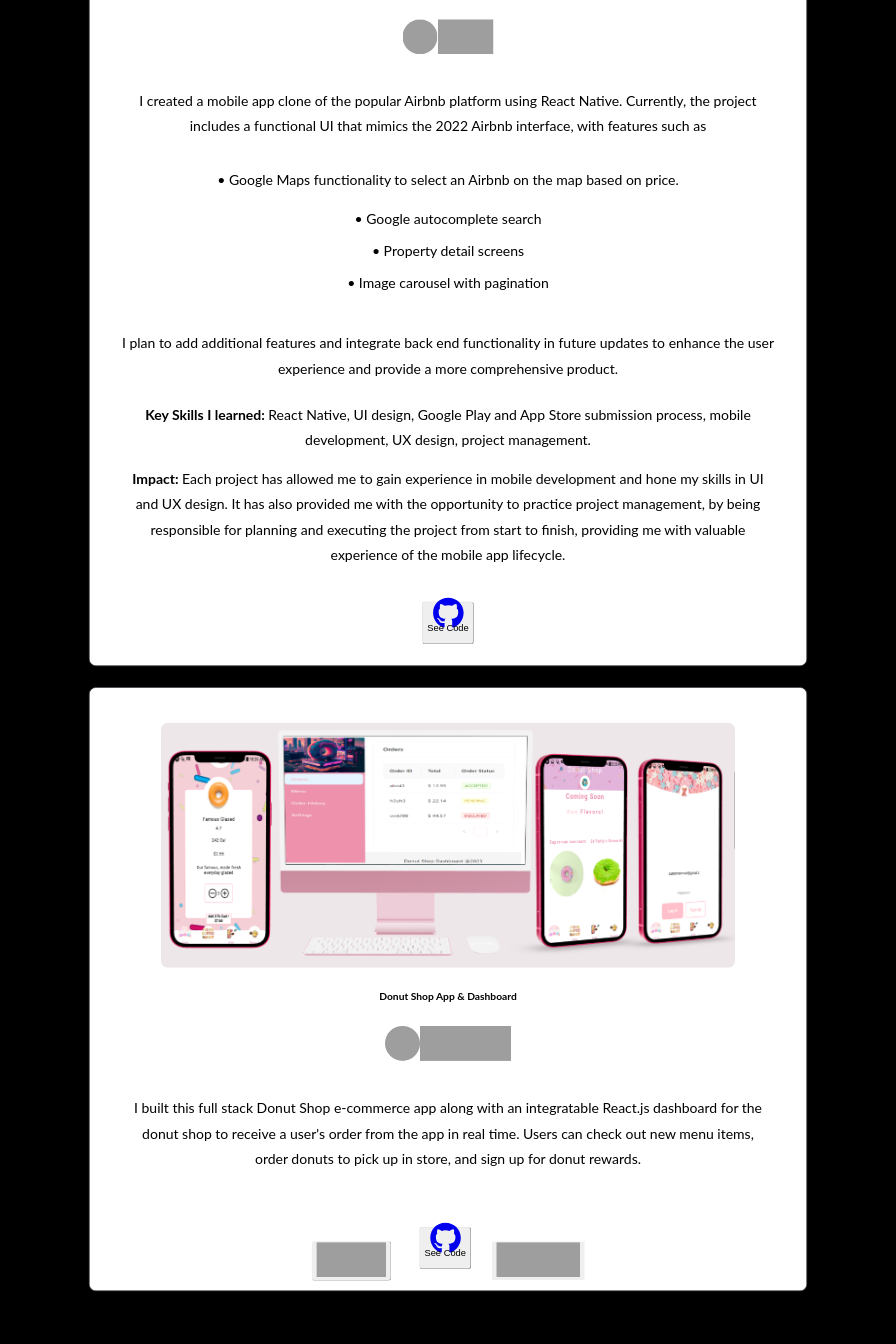
Repository: JamesPesenti/portfolio
Page: /
An editor plug-in stored every save of this project. The page is shown before and after the next save, followed by the edit.
The browser window is 1280 px wide. The pictures show the part of the page from y = 1951 to 3871 px (the page is 6929 px tall), at 70% of full size.
Pictures or frames that could not be fetched are drawn as grey boxes. The project was rebuilt for these pictures with package versions that can differ from the ones it lists, and the page was loaded fresh each time. Imported but missing from the stored project, and not drawn on this page: src/Components/James Pesenti Resume 2023.pdf.

Above is the page before, as saved 2023-05-17 15:17:03.

### public/index.html
<!DOCTYPE html>
<html lang="en">
  <head>
    <meta charset="utf-8" />
    <link rel="" href="" />
    <meta name="viewport" content="width=device-width, initial-scale=1" />
    <meta name="theme-color" content="#000000" />
    <meta name="description" content="James Pesenti Portfolio 2022" />
    <link rel="apple-touch-icon" href="" />
    <link rel="manifest" href="%PUBLIC_URL%/manifest.json" />

    <title>Portfolio 2023</title>

  </head>
  <body>
    <div id="root"></div>
  </body>
</html>

### src/Components/Navbar.jsx
import React, {Component} from 'react'
import { FaGithub } from "react-icons/fa";
import { FaEnvelope } from "react-icons/fa";
import { FaFile } from "react-icons/fa";
import Pdf from "../Components/James Pesenti Resume 2023.pdf"


const Navbar = () => {
  return (
    <>
          <div className="navbar flex">
            <div className="container">
                <nav>
                  <ul style={{textAlign: "center", marginTop: 70, position: 'relative', left: 0, top: -2}}>
                    <li>
                      <a className="App-link"  href="mailto:jamespesenti91@gmail.com" target="_blank" rel="noopener noreferrer">
                      <FaEnvelope size={35} style={{display: "flex", textAlign: "center", marginLeft: 10}}/>
                          Contact
                      </a>
                    </li>
                    <li>
                      <a className="App-link" href="https://github.com/JamesPesenti" target="_blank" rel="noopener noreferrer">
                        <FaGithub size={35} style={{display: "flex", textAlign: "center", marginLeft: 10}} />
                        GitHub
                      </a>
                    </li>
                    <li>
                      <a className="App-link" href={Pdf} target="_blank" rel="noopener noreferrer">
                        <FaFile size={35} style={{display: "flex", textAlign: "center", marginLeft: 10}} />
                        Resume
                      </a>
                    </li>
                  </ul>
                </nav>
                {/* <h4 style={{color: "white", textAlign: 'center', marginBottom:-440}}>
                  See my work below and send a message to get in touch
                </h4> */}
            </div>
          </div>
    </>
  )
}

export default Navbar

### src/Components/AboutMe.jsx
import React from 'react'
import { FontAwesomeIcon } from '@fortawesome/react-fontawesome'
import { FaGithub } from "react-icons/fa";
import { FaMapPin } from "react-icons/fa";

const AboutMe = () => {
  return (
    <>

        <div style={{justifyContent: "center", textAlign: "center", color: "white", padding: 50,}}>
            {/* Spinning image  */}
            {/* <img style={{padding: 10, borderRadius: "50%", width: 200, height: 200,}} src="/images/IMG_1619.jpg" className="App-logo" alt="logo" /> */}
            <img style={{padding: 10, borderRadius: "50%", width: 200, height: 200,}} src="/images/IMG_1619.jpg" alt="logo" />
            <h1>I'm James Pesenti</h1>
            <h2>a Software Developer building mobile apps and websites</h2>
              <FaMapPin size={20} style={{position: "relative", top: 5, right: 65, }} />
              <h3 style={{marginTop: -24}}> Chicago, IL</h3>
        </div>

</>
  )
}

export default AboutMe

### src/Components/Scroll.jsx
import React from 'react'
import '../CSS/App.css';


const Scroll = () => {

  return (
    <>

        <div style={{marginBottom: 400, justifyContnent: 'center'}} id="section09" class="demo">
          <a href="#parallaxContainer">
            <span></span>
            Scroll down to see my work
          </a>
        </div>

    </>
  )
}

export default Scroll

### src/Components/MyProjects.jsx
import UberGoogleButton from "../Components/UberGoogleButton"
import AstonGoogleButton from "./AstonGoogleButton"
import AstonAppleButton from "./AstonAppleButton"
import BarceGoogleButton from "../Components/BarceGoogleButton"
import BarceAppleButton from "./BarceAppleButton"
import { FaGithub } from "react-icons/fa";

const MyProjects = () => {
  return (

  <>
    <div id="parallaxContainer">

    {/* Airbnb Clone */}
    <div style={{ justifyContent: 'center', alignItems: 'center',  width: "80%", borderRadius: 10}} className="box">
            <div>
                <img style={{ borderRadius: 10, marginTop: 50, marginBottom: -35, width: "48%", height: 350, transition: ".7s", }} src="images/mockrocket-capture (11).png" />
            </div>
            <h4 style={{textAlign: 'center'}}>Airbnb Clone App</h4>
                <div style={{flexDirection: "row", padding: 10, borderRadius: 10, marginBottom: -40,}}>
                  <img style={{width: 50, height: 50, borderRadius: 50}} src="https://i.pinimg.com/originals/8a/02/1a/8a021aa097236b42dd71fb731e3d894d.gif"/>
                  <img style={{width: 80, height: 50, }} src="https://www.datocms-assets.com/45470/1631026680-logo-react-native.png"  />
                  {/* <img style={{width: 50, height: 50, }} src="https://pbs.twimg.com/profile_images/1114309924551417856/FKA4cm2x_400x400.png"  /> */}
                </div>
            <p style={{fontSize: 20, textAlign: 'center', padding: 50, marginBottom: -30}}>I created a mobile app clone of the popular Airbnb platform using React Native. Currently, the project includes a functional UI that mimics the 2022 Airbnb interface, with features such as</p>
            <p style={{fontSize: 20, paddingHorizontal: 0}}> &#8226; Google Maps functionality to select an Airbnb on the map based on price.</p>
            <p style={{fontSize: 20, padding: 0, marginBottom: -10}}>&#8226; Google autocomplete search</p>
            <p style={{fontSize: 20, padding: 0, marginBottom: -10}}>&#8226; Property detail screens</p>
            <p style={{fontSize: 20,  padding: 0, marginBottom: -10}}>&#8226; Image carousel with pagination</p>
            <p style={{fontSize: 20, textAlign: 'center', padding: 40, marginBottom: -60}}>I plan to add additional features and integrate back end functionality in future updates to enhance the user experience and provide a more comprehensive product.</p>
            <p style={{fontSize: 20, textAlign: 'center', padding: 30, marginBottom: -80}}><b> Key Skills I learned: </b>React Native, UI design, Google Play and App Store submission process, mobile development, UX design, project management.</p>
            <p style={{fontSize: 20, textAlign: 'center', padding: 50}}><b> Impact: </b> Each project has allowed me to gain experience in mobile development and hone my skills in UI and UX design. It has also provided me with the opportunity to practice project management, by being responsible for planning and executing the project from start to finish, providing me with valuable experience of the mobile app lifecycle.</p>

            <div style={{flexDirection: "row"}}>
                {/* <UberGoogleButton  /> */}
                <button style={{marginTop: 10}} type="button" className="codeButton">
                  <a href="https://github.com/JamesPesenti/Airbnb" target="_blank" rel="noopener noreferrer">
                    <FaGithub  size={45} style={{ marginTop: -80, marginBottom: -25, justifyContent: "center", textAlign: "center"}} />
                  </a>
                  <p>See Code</p>
                </button>
                {/* <AstonAppleButton  /> */}
            </div>

        </div>


     {/* Donut Shop App */}
     <div style={{marginTop: 30, marginBottom: 20, justifyContent: 'center', alignItems: 'center',  width: "80%", borderRadius: 10}} className="box">
            <div>
                <img style={{ borderRadius: 10, marginTop: 50, width: "80%", height: 350, transition: ".7s", }} src="/images/appAndDashMock.png" />
            </div>
            <h4 style={{textAlign: 'center'}}>Donut Shop App & Dashboard</h4>
                <div style={{flexDirection: "row", padding: 10, borderRadius: 10, marginBottom: -40,}}>
                  <img style={{width: 50, height: 50, borderRadius: 50}} src="https://i.pinimg.com/originals/8a/02/1a/8a021aa097236b42dd71fb731e3d894d.gif"/>
                  <img style={{width: 80, height: 50, }} src="https://www.datocms-assets.com/45470/1631026680-logo-react-native.png"  />
                  <img style={{width: 50, height: 50, }} src="https://pbs.twimg.com/profile_images/1114309924551417856/FKA4cm2x_400x400.png"  />
                </div>
            <p style={{fontSize: 20,textAlign: 'center', padding: 50}}>I built this full stack Donut Shop e-commerce app along with an integratable React.js dashboard for the donut shop to receive a user's order from the app in real time. Users can check out new menu items, order donuts to pick up in store, and sign up for donut rewards.</p>

            <div style={{flexDirection: "row"}}>
                <UberGoogleButton  />
                <button style={{marginTop: 40}} type="button" className="codeButton">
                  <a href="https://github.com/JamesPesenti/Donut_Shop" target="_blank" rel="noopener noreferrer">
                    <FaGithub  size={45} style={{ marginTop: -80, marginBottom: -25, justifyContent: "center", textAlign: "center"}} />
                  </a>
                  <p>See Code</p>
                </button>
                <AstonAppleButton  />
            </div>

        </div>


    {/* Uber Eats App */}
    <div style={{marginTop: 80, marginBottom: 60, justifyContent: 'center', alignItems: 'center',  width: "80%", borderRadius: 10}} className="box">
            <div className="imgWrapper" style={{width: 480, height: 350}}>
                <img style={{ borderRadius: 5, marginTop: 50, width: "100%", height: 300, transition: ".7s", }} src="/images/UberEatsLast.png" />
            </div>
            <h4 style={{textAlign: 'center'}}>Uber Eats Clone App</h4>
                <div style={{flexDirection: "row", padding: 10, borderRadius: 10, marginBottom: -40,}}>
                  <img style={{width: 50, height: 50, borderRadius: 50}} src="https://i.pinimg.com/originals/8a/02/1a/8a021aa097236b42dd71fb731e3d894d.gif"/>
                  <img style={{width: 80, height: 50, }} src="https://www.datocms-assets.com/45470/1631026680-logo-react-native.png"  />
                  <img style={{width: 50, height: 50, }} src="https://pbs.twimg.com/profile_images/1114309924551417856/FKA4cm2x_400x400.png" />
                </div>
            <p style={{fontSize: 20,textAlign: 'center', padding: 50}}>A full stack React Native app inspired by the UberEats user app. I utilized AWS Amplify's datastore to configure the back end to query and save customer's orders and used Amazon Cognito for user registration, authentication, & account recovery.</p>

            <div style={{flexDirection: "row"}}>
                <UberGoogleButton  />
                <button style={{marginTop: 40}} type="button" className="codeButton">
                  <a href="https://github.com/JamesPesenti/UberEatsClone" target="_blank" rel="noopener noreferrer">
                    <FaGithub  size={45} style={{ marginTop: -80, marginBottom: -20, justifyContent: "center", textAlign: "center"}} />
                  </a>
                  <p>See Code</p>
                </button>
                <AstonAppleButton  />
            </div>

        </div>


     {/* Aston Waikiki App */}
       <div style={{marginTop: 80, marginBottom: 120, justifyContent: 'center', alignItems: 'center',  width: "80%", borderRadius: 10}} className="box">
            <div className="imgWrapper" style={{width: 450, height: 350}}>
                <img style={{ marginTop: 50, width: "100%", height: "auto", transition: ".7s", }} src="/images/astonmock.png" />
            </div>
            <h4 style={{textAlign: 'center'}}>Aston Waikiki Hotel UI</h4>
                <div style={{flexDirection: "row", padding: 10, borderRadius: 10, marginBottom: -40,}}>
                  <img style={{width: 50, height: 50, borderRadius: 50}} src="https://i.pinimg.com/originals/8a/02/1a/8a021aa097236b42dd71fb731e3d894d.gif"/>
                  <img style={{width: 80, height: 50, }} src="https://www.datocms-assets.com/45470/1631026680-logo-react-native.png"  />
                </div>
            <p style={{fontSize: 20,textAlign: 'center', padding: 50}}>A React Native UI design I created to reimagine the hotel Aston Waikiki Beach's website into a cross platform mobile app. I used most of the content and images from the current website and utilized both Bottom Tabs, Drawer navigation and other React Native libraries for a better user experience.</p>

            <div style={{flexDirection: "row"}}>
                <AstonGoogleButton  />
                <button style={{marginTop: 40}} type="button" className="codeButton">
                        <a href="https://github.com/JamesPesenti/AstonWaikikiBeachApp" target="_blank" rel="noopener noreferrer">
                            <FaGithub  size={45} style={{ marginTop: -80, marginBottom: -20, justifyContent: "center", textAlign: "center"}} />
                        </a>
                        <p>See Code</p>
                </button>
                <AstonAppleButton  />
            </div>

        </div>


    {/* Barcelona App */}
       <div style={{marginTop: 20, marginBottom: 120, justifyContent: 'center', alignItems: 'center',  width: "80%", borderRadius: 10}} className="box">
            <div className="imgWrapper" style={{width: 650, height: 300}}>
                <img style={{ marginTop: 30, width: "100%", height: 250, transition: ".7s", }} src="/images/barcelonamockup.png" />
            </div>
            <h4 style={{textAlign: 'center'}}>Barcelona Tourist App</h4>
                <div style={{flexDirection: "row", padding: 10, borderRadius: 10, marginBottom: -20,}}>
                <img style={{width: 80, height: 50,}} src="https://www.datocms-assets.com/45470/1631026680-logo-react-native.png"  />
                <img style={{width: 50, height: 50, borderRadius: 50}} src="https://i.pinimg.com/originals/8a/02/1a/8a021aa097236b42dd71fb731e3d894d.gif"/>
                </div>
            <p style={{fontSize: 20, textAlign: 'center', padding: 50}}>I created this React Native app for visitors of Barcelona Spain to save pictures and locations of their favorite places. I used pop-up modals for users to quickly get information on popular sights and used geolocation with google maps so users can save their location and select it on the map.</p>

            <div style={{flexDirection: "row"}}>
               <BarceAppleButton  />
                <button style={{marginTop: 40}} type="button" className="codeButton">
                        <a href="https://github.com/JamesPesenti/BarcelonaApp" target="_blank" rel="noopener noreferrer">
                            <FaGithub  size={45} style={{ marginTop: -80, marginBottom: -20, justifyContent: "center", textAlign: "center"}} />
                        </a>
                        <p>See Code</p>
                </button>
                <BarceGoogleButton  />
            </div>

        </div>

    {/* IAR React App */}
        {/* <div style={{marginBottom: 0, justifyContent: 'center', alignItems: 'center',  width: "80%", borderRadius: 10}} className="box">
            <img style={{ width: 600, height: 350, borderRadius: 10, borderWidth: 2, borderColor: "green"}} src="/images/innermock.png" />
            <h4 style={{textAlign: 'center'}}>Inner Aura Readings Website</h4>
            <div style={{flexDirection: "row", padding: 10, borderRadius: 10}}>
                <img src="https://www.logo.wine/a/logo/React_(web_framework)/React_(web_framework)-Logo.wine.svg" style={{width: 100, height: 50,}} />
                <img className="logoBox" src="https://cdn.pixabay.com/photo/2017/08/05/11/16/logo-2582747_1280.png" style={{width: 50, height: 50,}} />
            </div>
            <p style={{fontSize: 20, textAlign: 'center', padding: 50}}>This was the first official React.js web app that I developed. I made it for a friend who wanted to reach more customers with a mobile friendly website. I made multiple iterations and converted it into a PWA for offline operability with native like performance. </p>
            <button style={{marginTop: 0}} type="button" className="codeButton">
                        <a href="https://github.com/JamesPesenti/InnerAuraReadings2022" target="_blank" rel="noopener noreferrer">
                            <FaGithub  size={45} style={{ marginTop: -80, marginBottom: -20, justifyContent: "center", textAlign: "center"}} />
                        </a>
                        <p>See Code</p>
            </button>

        </div> */}


{/* REapp */}
        {/* <div style={{marginBottom: 100, justifyContent: 'center', alignItems: 'center',  width: "80%", borderRadius: 10,}} className="box">
        <img style={{marginTop: 50, width: 800, height: 350, borderRadius: 10, borderWidth: 2, borderColor: "green"}} src="/images/remockup.png" />
            <h4 style={{textAlign: 'center'}}>Real Estate Listing Website </h4>
            <div style={{flexDirection: "row", padding: 10, borderRadius: 10}}>
                <img src="https://www.logo.wine/a/logo/React_(web_framework)/React_(web_framework)-Logo.wine.svg" style={{width: 100, height: 50,}} />
                <img src="https://img.icons8.com/color/480/cloud-firestore.png" style={{width: 50, height: 50,}} />
                <img src="https://raw.githubusercontent.com/JamesPesenti/RealEstateApp/16b046b3d34b4a26468627e906dc503be8911b73/src/assets/svg/googleIcon.svg" style={{marginBottom: 8, width: 100, height: 30,}} />
            </div>
            <p style={{fontSize: 20, textAlign: 'center', padding: 50}}>Real Estate listing website built with React, FireStore database and Google OAuth to sign in with a google account. You can search listings for rent/sale and login to your account to create a listing and save offers. Inspiration and back-end code taken from Brad Traversey's React course I took on Udemy.</p>
            <button style={{marginTop: 40}} type="button" className="codeButton">
                        <a href="https://github.com/JamesPesenti/RealEstateApp" target="_blank" rel="noopener noreferrer">
                            <FaGithub  size={45} style={{ marginTop: -80, marginBottom: -20, justifyContent: "center", textAlign: "center"}} />
                        </a>
                        <p>See Code</p>
            </button>
        </div> */}

    </div>


    </>
  )
}

export default MyProjects

### src/Components/UberGoogleButton.jsx
import React from 'react'


const UberGoogleButton = () => {
  return (
    <>
    <button type="button" style={{marginRight: 40, borderWidth: .1, borderColor: '#efefef', borderRadius: 5}}>
        <a href="https://expo.dev/accounts/jimpesenti/projects/UberEats/builds/b9dfcb73-dd37-4009-b5f9-7d24a72b937d">
            <img style={{width: 100, height: 50, borderRadius: 0}} src="https://logos-world.net/wp-content/uploads/2020/12/Google-Play-Logo-500x281.png"/>
        </a>
    </button>
    </>
  )
}

export default UberGoogleButton

### src/Components/AstonGoogleButton.jsx
import React from 'react'


const AstonGoogleButton = () => {
  return (
    <>
    <button type="button" style={{marginRight: 40, borderWidth: .1, borderColor: '#efefef', borderRadius: 5}}>
        <a href="https://play.google.com/store/apps/details?id=com.jamespesenti91.astonwaikikibeach">
            <img style={{width: 100, height: 50, borderRadius: 0}} src="https://logos-world.net/wp-content/uploads/2020/12/Google-Play-Logo-500x281.png"/>
        </a>
    </button>
    </>
  )
}

export default AstonGoogleButton

### src/Components/AstonAppleButton.jsx
import React from 'react'

const AstonAppleButton = () => {
  return (
    <>
    <button type="submit" style={{marginLeft: 30, borderWidth: 0,}}  >
        <a href="">
            <img style={{width: 120, height: 50, borderRadius: 0}} src="https://images.squarespace-cdn.com/content/v1/5b549a7f3c3a53487c250f58/1597439116255-P7ME5MNOIWQLJS1X4CPP/Apple+App+Store+Logo+Button.png"/>
        </a>
    </button>
    </>
  )
}

export default AstonAppleButton

### src/Components/BarceGoogleButton.jsx
import React from 'react'


const BarceGoogleButton = () => {
  return (
    <>
    <button type="button" style={{marginLeft: 30, borderWidth: .1, borderColor: '#efefef', borderRadius: 5}}>
        <a href="https://play.google.com/store/apps/details?id=com.jamespesenti91.VisitBarcelona">
            <img style={{width: 100, height: 50, borderRadius: 0}} src="https://logos-world.net/wp-content/uploads/2020/12/Google-Play-Logo-500x281.png" alt="barceButton"/>
        </a>
    </button>
    </>
  )
}

export default BarceGoogleButton

### src/Components/BarceAppleButton.jsx
import React from 'react'

const BarceAppleButton = () => {
  return (
    <>
    <button type="submit" style={{marginRight: 30, borderWidth: 0,}}  >
        <a href="">
            <img style={{width: 120, height: 50, borderRadius: 0}} src="https://images.squarespace-cdn.com/content/v1/5b549a7f3c3a53487c250f58/1597439116255-P7ME5MNOIWQLJS1X4CPP/Apple+App+Store+Logo+Button.png"/>
        </a>
    </button>
    </>
  )
}

export default BarceAppleButton

Loaded but not shown: src/index.js (common file); src/reportWebVitals.js (common file); src/serviceWorkerRegistration.js (137 lines, source omitted); src/App.js (33 lines, source omitted); src/CSS/App.css (351 lines, source omitted); src/CSS/index.css (197 lines, source omitted)

After the next save:
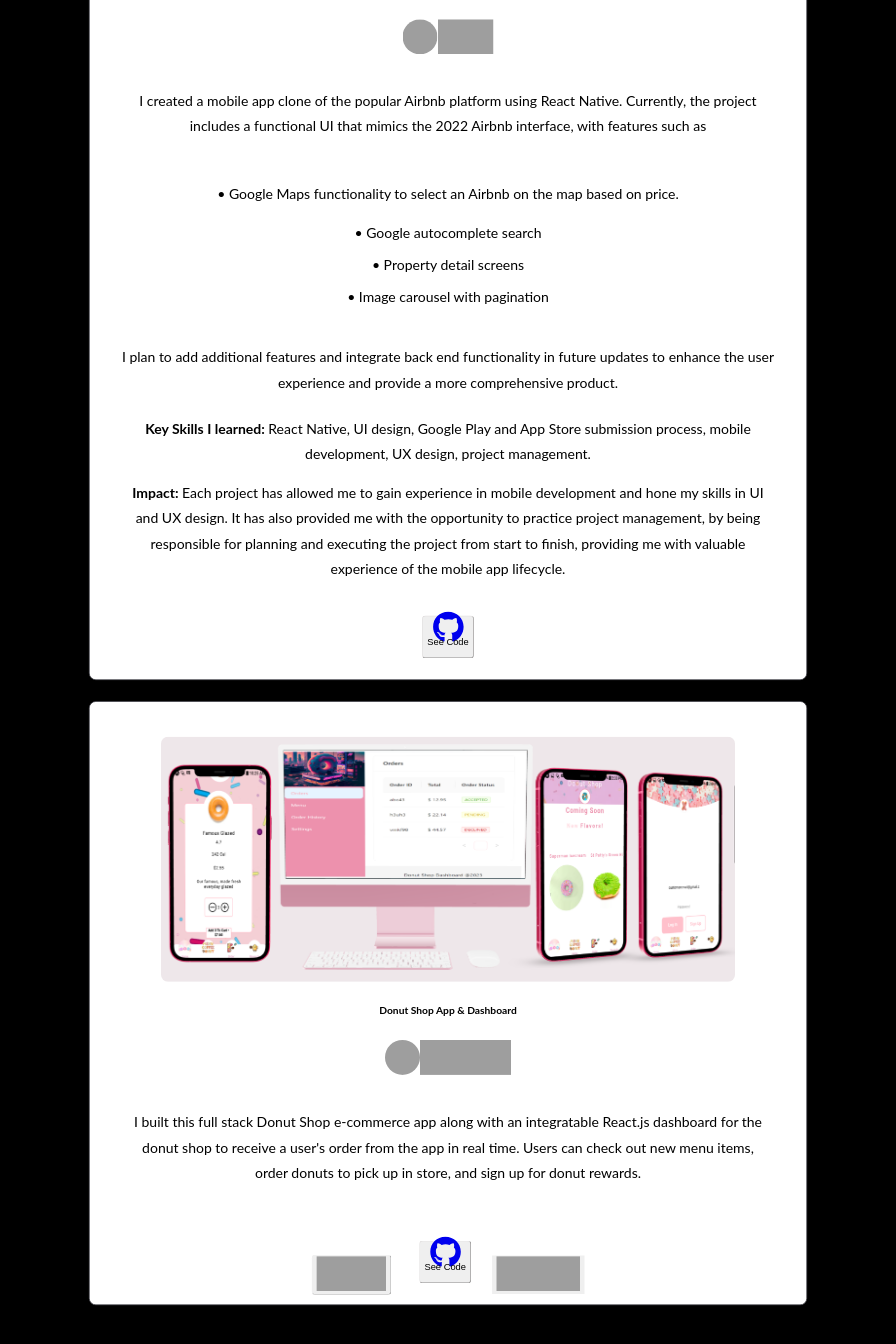
Saved 52 s later.
--- a/src/Components/MyProjects.jsx
+++ b/src/Components/MyProjects.jsx
@@ -22,7 +22,7 @@
                   <img style={{width: 80, height: 50, }} src="https://www.datocms-assets.com/45470/1631026680-logo-react-native.png"  />
                   {/* <img style={{width: 50, height: 50, }} src="https://pbs.twimg.com/profile_images/1114309924551417856/FKA4cm2x_400x400.png"  /> */}
                 </div>
-            <p style={{fontSize: 20, textAlign: 'center', padding: 50, marginBottom: -30}}>I created a mobile app clone of the popular Airbnb platform using React Native. Currently, the project includes a functional UI that mimics the 2022 Airbnb interface, with features such as</p>
+            <p style={{fontSize: 20, textAlign: 'center', padding: 50, marginBottom: -10}}>I created a mobile app clone of the popular Airbnb platform using React Native. Currently, the project includes a functional UI that mimics the 2022 Airbnb interface, with features such as</p>
             <p style={{fontSize: 20, paddingHorizontal: 0}}> &#8226; Google Maps functionality to select an Airbnb on the map based on price.</p>
             <p style={{fontSize: 20, padding: 0, marginBottom: -10}}>&#8226; Google autocomplete search</p>
             <p style={{fontSize: 20, padding: 0, marginBottom: -10}}>&#8226; Property detail screens</p>
